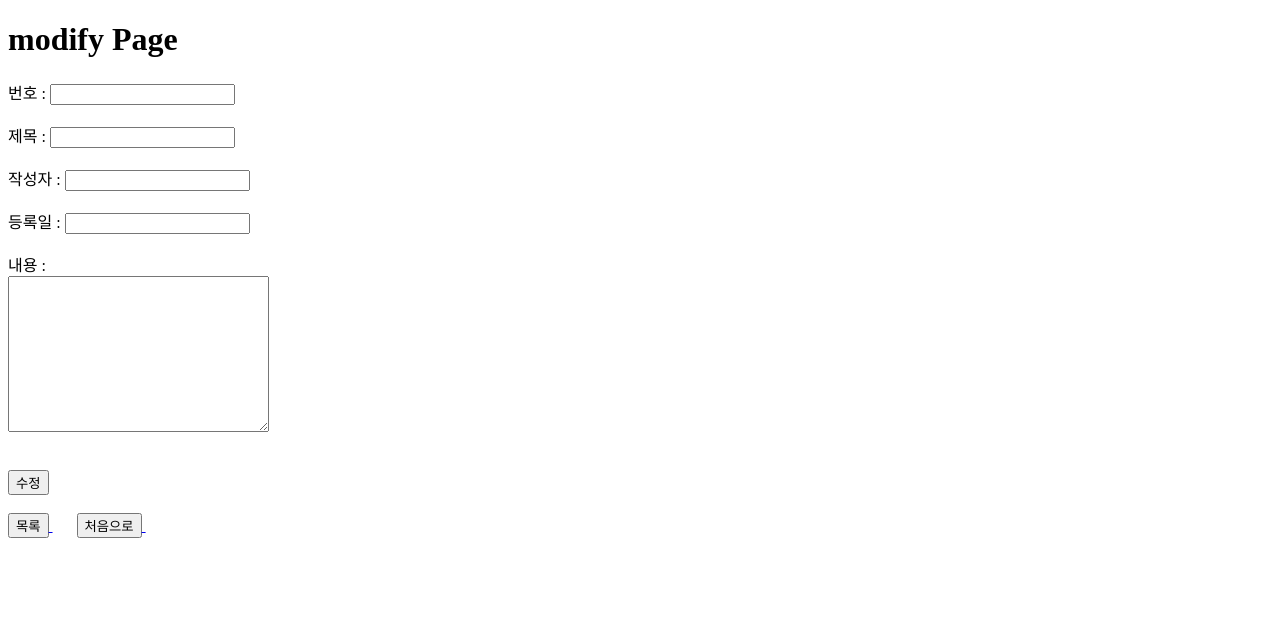
Repository: bbqju13/20230613spring
Page: http://localhost/spring/WEB-INF/views/board/modify.jsp
An editor plug-in stored every save of this project. The page is shown before and after a run of saves, followed by the edit.
The browser window is 1280 px wide. The pictures show the whole page.
The page is served by Tomcat 9. Nobody is signed in. The template is opened directly, without the code that normally fills it, so the values that code supplies are empty.

Above is the page before, as saved 2023-06-15 04:19:01.
Console error: TypeError: Cannot read properties of null (reading 'addEventListener')

After the next 3 saves:
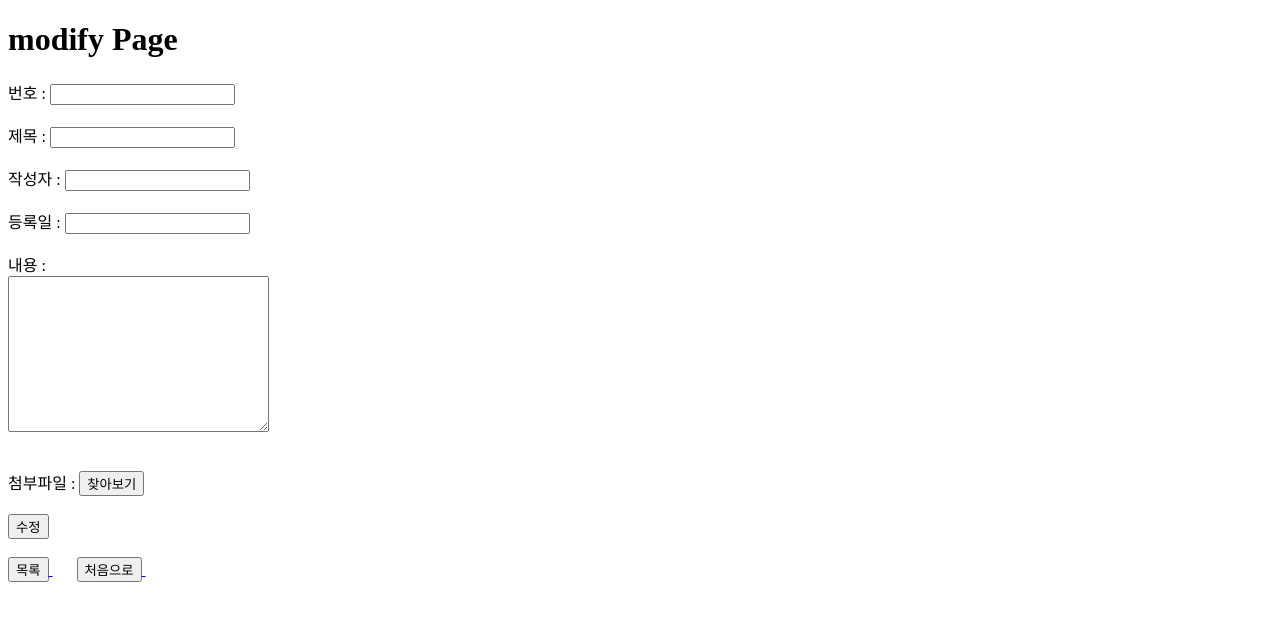
The error is gone.
The 3 saves are shown as one change because 2 did not build or start.
The last was saved 16 min 45 s later.
--- a/_spring_project1/spring/src/main/webapp/WEB-INF/views/board/modify.jsp
+++ b/_spring_project1/spring/src/main/webapp/WEB-INF/views/board/modify.jsp
@@ -45,6 +45,8 @@
 			</li>
 		</c:forEach>
 	</ul>
+	첨부파일 : <input type="file" id="file" name="files" multiple style="display: none">
+	<button type="button" id="trigger">찾아보기</button> <br> <br>
 </div>
 
 <button>수정</button> &nbsp &nbsp &nbsp
